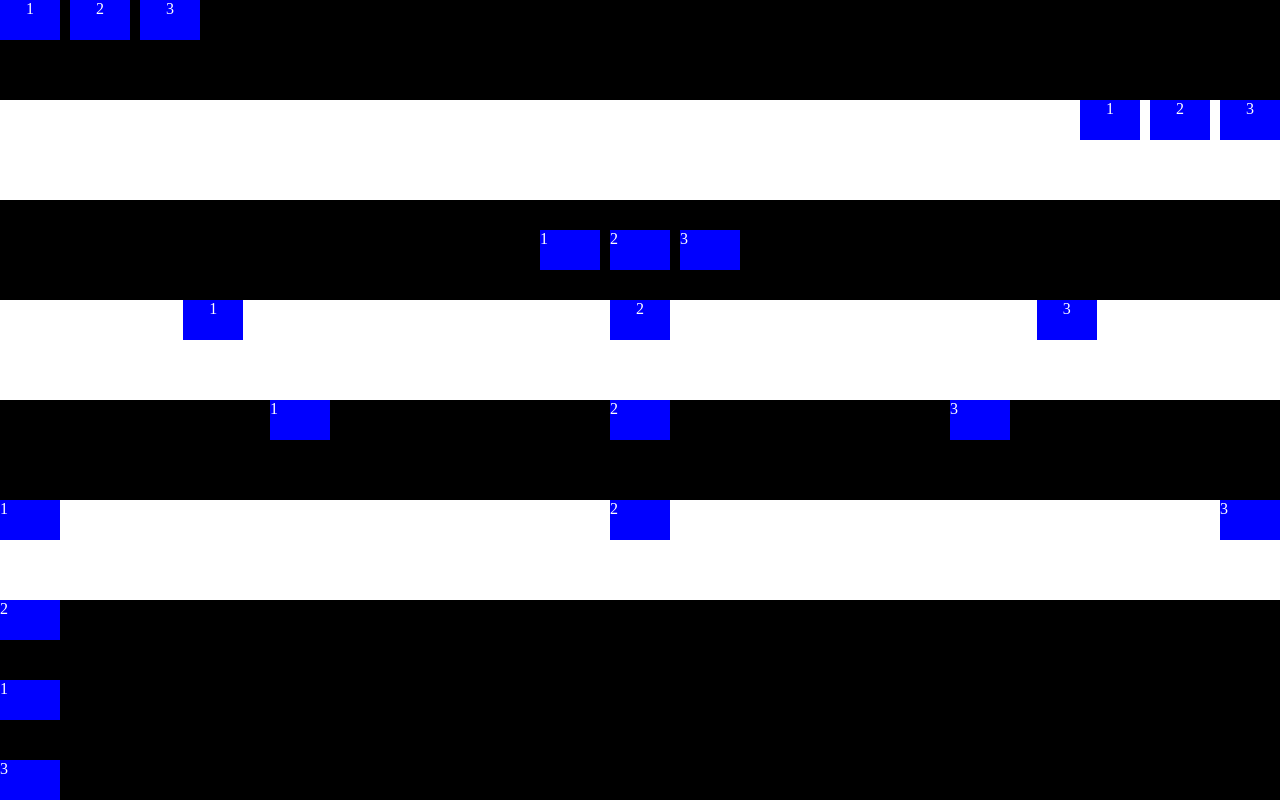
Repository: Elesion08/flexbox
Page: index.html
The author's editor kept a copy of each file at every save. The page is drawn from the files as they stood at one save, then again after a run of saves.
The browser window is 1280 px wide. The pictures show the whole page.

Above is the page before, as saved 2025-04-15 09:06:25.

### index.html
<!DOCTYPE html>
<html lang="pt-br">
<head>
    <meta charset="UTF-8">
    <meta name="viewport" content="width=device-width, initial-scale=1.0">
    <title>Flexbox - AULA 04</title>
    <link rel="stylesheet" href="style.css">
</head>
<body>
    <div class="container">
        <div class="container__card1">
            <div class="box1">1</div>
            <div class="box1">2</div>
            <div class="box1">3</div>
        </div>
        <div class="container__card2">
            <div class="box2">1</div>
            <div class="box2">2</div>
            <div class="box2">3</div>
        </div>
        <div class="container__card3">
            <div class="box3">1</div>
            <div class="box3">2</div>
            <div class="box3">3</div>
        </div>
        <div class="container__card4">
            <div class="box4">1</div>
            <div class="box4">2</div>
            <div class="box4">3</div>
        </div>
        <div class="container__card5">
            <div class="box5">1</div>
            <div class="box5">2</div>
            <div class="box5">3</div>
        </div>
        <div class="container__card6">
            <div class="box6">1</div>
            <div class="box6">2</div>
            <div class="box6">3</div>
        </div>
        <div class="container__card7">
            <div class="box7">2</div>
            <div class="box7">1</div>
            <div class="box7">3</div>
        </div>
    </div>
</body>
</html>

### style.css
/* configuração reset global da pagina */
* {
    margin: 0;
    padding: 0;
    height: 100vh;
    width: 100%;
    box-sizing: border-box;
  }

  .container__card1 {
    /* deixa os itens e suas posições flexiveis */
    display: flex;
    /* cor de fundo */
    background-color: black;
    /* distância entre os elementos filhos */
    gap: 10px;
    /* altura do elemento */
    height: 100px;
  }

  .box1 {
    /*  alinha o texto horizontalmente */
    text-align: center;
    /* cor da fonte */
    color: white;
    /* cor de fundo */
    background-color: blue;
    /* altura */
    height: 40px;
    /* largura */
    width: 60px;
  }

  .container__card2 {
    /* deixa os itens e suas posições flexiveis */
    display: flex;
    /* cor de fundo */
    background-color: white;
    /* altura */
    height: 100px;
    /* alinha os elementos no final da pagina */
    justify-content: flex-end;
    /* distancia entre os elementos filhos */
    gap: 10px;
  }

  .box2 {
    /* deixa os itens e suas posições flexiveis */
    display: flex;
    /* centraliza os elementos horizontalmente */
    justify-content: center;
    /* cor da fonte */
    color: white;
    /* cor de fundo */
    background-color: blue;
    /* largura */
    height: 40px;
    /* altura */
    width: 60px;
  }

  .container__card3 {
    /* alinha os elementos filhos verticalmente */
    align-items: center;
    /* deixa os itens e suas posições flexiveis */
    display: flex;
    /* centraliza os elementos filhos horizontalmente */
    justify-content: center;
    /* cor de fundo */
    background-color: black;
    /* distância entre os elementos filhos */
    gap: 10px;
    /* altura do elemento */
    height: 100px;
  }

  .box3 {
    /* cor da fonte */
    color: white;
    /* cor de fundo */
    background-color: blue;
    /* altura */
    height: 40px;
    /* largura */
    width: 60px;
  }

  .container__card4 {
    /* deixa os itens e suas posições flexiveis */
    display: flex;
    /* espalha os elementos filho horizontalmente */
    justify-content: space-around;
    /* cor de fundo */
    background-color: white;
    /* altura */
    height: 100px;
    /* alinha os elementos no final da pagina */
  }

  .box4 {
    /* deixa os itens e suas posições flexiveis */
    display: flex;
    /* centraliza os elementos horizontalmente */
    justify-content: center;
    /* cor da fonte */
    color: white;
    /* cor de fundo */
    background-color: blue;
    /* largura */
    height: 40px;
    /* altura */
    width: 60px;
  }

  .container__card5 {
    /* deixa os itens e suas posições flexiveis */
    display: flex;
    /* espalha os elementos filho horizontalmente de forma igualitaria */
    justify-content: space-evenly;
    /* centraliza os elementos filhos verticalmente */
    background-color: black;
    /* distância entre os elementos filhos */
    gap: 10px;
    /* altura do elemento */
    height: 100px;
  }

  .box5 {
    /* cor da fonte */
    color: white;
    /* cor de fundo */
    background-color: blue;
    /* altura */
    height: 40px;
    /* largura */
    width: 60px;
  }

  .container__card6 {
      /* deixa os itens e suas posições flexiveis */
      display: flex;
      /* espalha os elementos filho horizontalmente */
      justify-content: space-between;
      /* cor de fundo */
      background-color: white;
      /* altura */
      height: 100px;
      /* alinha os elementos no final da pagina */
    }

    .box6 {
      color: white;
      /* cor de fundo */
      background-color: blue;
      /* largura */
      height: 40px;
      /* altura */
      width: 60px;
    }

    .container__card7 {
        /* deixa os itens e suas posições flexiveis */
        display: flex;
        /* Muda a direção de alinhamento dos itens */
        flex-direction: column;
        /* espalha os elementos filho verticalmente (por causa do flex-direction) */
        justify-content: space-between;
        /* espalha os elementos filhos para o canto direito (por causa do flex-direction)*/
        align-items: ;
        background-color: black;
        /* distância entre os elementos filhos */
        gap: 10px;
        /* altura do elemento */
        height: 200px;
      }

      .box7 {
        /* cor da fonte */
        color: white;
        /* cor de fundo */
        background-color: blue;
        /* altura */
        height: 40px;
        /* largura */
        width: 60px;
      }

After the next 2 saves:
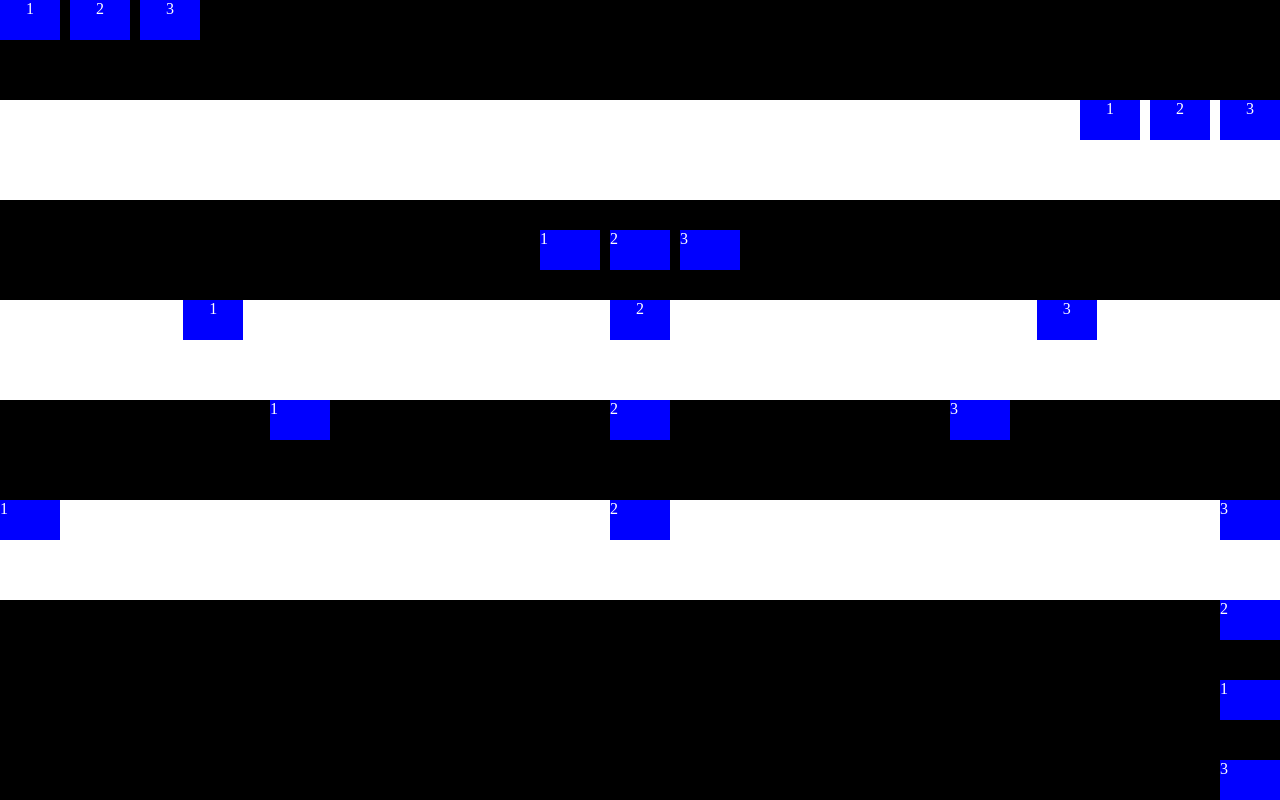
The 2 saves are shown as one change because they came seconds apart.
The last was saved 7 s later.
--- a/style.css
+++ b/style.css
@@ -166,7 +166,7 @@
         /* espalha os elementos filho verticalmente (por causa do flex-direction) */
         justify-content: space-between;
         /* espalha os elementos filhos para o canto direito (por causa do flex-direction)*/
-        align-items: ;
+        align-items: flex-end;
         background-color: black;
         /* distância entre os elementos filhos */
         gap: 10px;
